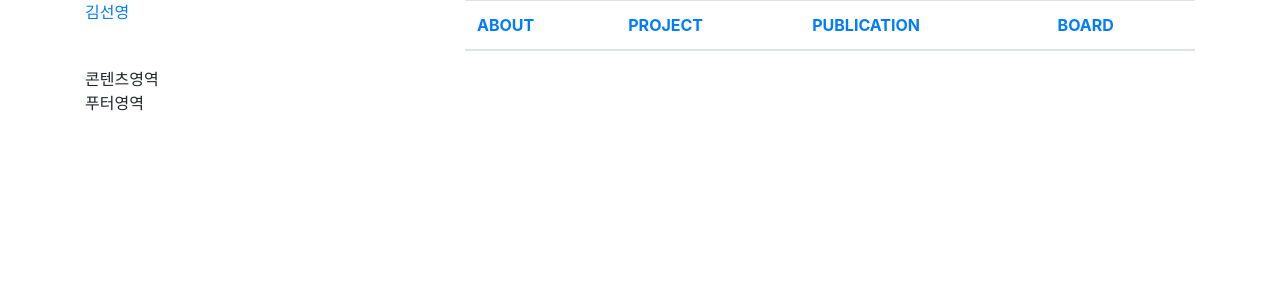
Repository: supremest35/web-projects
Page: http://localhost/noticeboard/
These files come from the project's save history. The page is drawn as it stood at one moment and after the next save; the edit follows.
The browser window is 1280 px wide. The pictures show the whole page.
The page is served by Tomcat 9.

Above is the page before, as saved 2020-12-06 03:10:23.

After the next save:
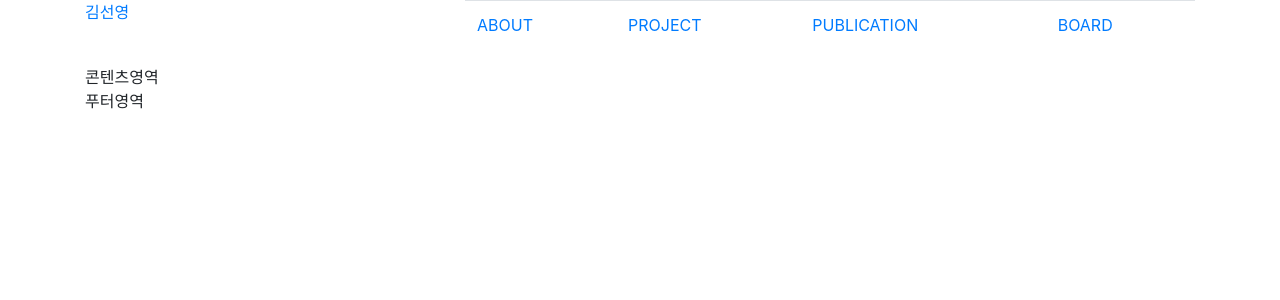
Saved 2 min 33 s later.
--- a/noticeboard/WebContent/index.jsp
+++ b/noticeboard/WebContent/index.jsp
@@ -18,14 +18,14 @@
 		<div class="col-2"></div>
 		<div class="col-8">
 			<table class="table table-hover">
-				<thead>
+				<tbody>
 					<tr>
-						<th><a href="">ABOUT</a></th>
-						<th><a href="">PROJECT</a></th>
-						<th><a href="">PUBLICATION</a></th>
-						<th><a href="">BOARD</a></th>
+						<td><a href="">ABOUT</a></td>
+						<td><a href="">PROJECT</a></td>
+						<td><a href="">PUBLICATION</a></td>
+						<td><a href="">BOARD</a></td>
 					</tr>
-				</thead>
+				</tbody>
 			</table>
 		</div>
 

After the save that followed:
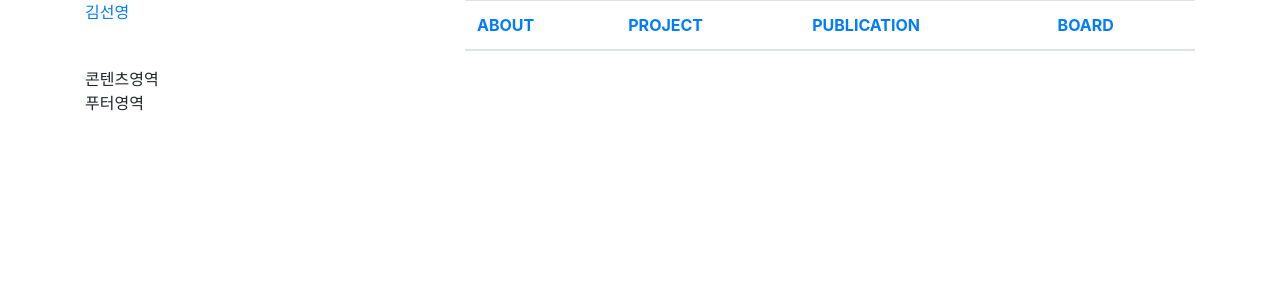
Saved 115 s later.
--- a/noticeboard/WebContent/index.jsp
+++ b/noticeboard/WebContent/index.jsp
@@ -17,15 +17,15 @@
 		<div class="col-2"><a href="index.jsp">김선영</a></div>
 		<div class="col-2"></div>
 		<div class="col-8">
-			<table class="table table-hover">
-				<tbody>
+			<table class="table">
+				<thead>
 					<tr>
-						<td><a href="">ABOUT</a></td>
-						<td><a href="">PROJECT</a></td>
-						<td><a href="">PUBLICATION</a></td>
-						<td><a href="">BOARD</a></td>
+						<th><a href="">ABOUT</a></th>
+						<th><a href="">PROJECT</a></th>
+						<th><a href="">PUBLICATION</a></th>
+						<th><a href="">BOARD</a></th>
 					</tr>
-				</tbody>
+				</thead>
 			</table>
 		</div>
 
